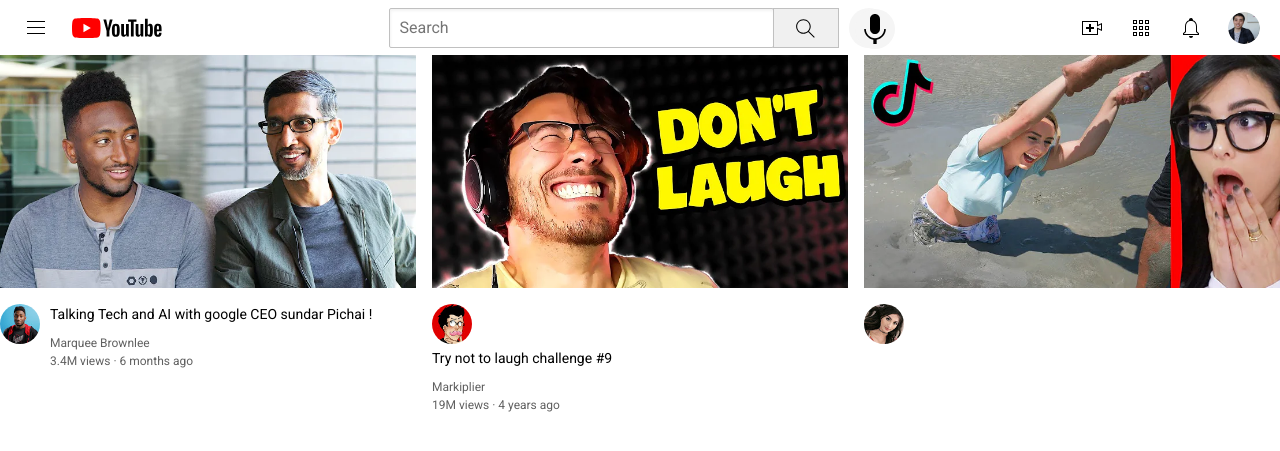
Repository: knowledgeAlan/html-css-thirteen
Page: youtube.html
The author's editor kept a copy of each file at every save. The page is drawn from the files as they stood at one save, then again after the next save.
The browser window is 1280 px wide. The pictures show the whole page.

Above is the page before, as saved 2024-03-19 17:38:04.

### youtube.html
<!DOCTYPE html>
<html>

<head>
    <title>Youtube.com Clone</title>

    <link rel="preconnect" href="https://fonts.googleapis.com">
    <link rel="preconnect" href="https://fonts.gstatic.com" crossorigin>
    <link href="https://fonts.googleapis.com/css2?family=Roboto:wght@400;500;700&display=swap" rel="stylesheet">

    <link rel="stylesheet" href="styles/general.css">
    <link rel="stylesheet" href="styles/header.css">
    <link rel="stylesheet" href="styles/video.css">

    <body>


        <div class="header">


            <div class="left-section">

                <img class="hamburger-menu" src="icons/hamburger-menu.svg">
                <img class="youtube-logo" src="icons/youtube-logo.svg">

            </div>

            <div class="middle-section">
                <input class="search-bar" type="text" placeholder="Search">

                <button class="search-button">
                    <img class="search-icon" src="icons/search.svg">
                </button>

                <button class="voice-search-button">
                       <img class="voice-search-button" src="icons/voice-search-icon.svg" >
                </button>
            </div>

            <div class="right-section">
                <img class="upload-icon" src="icons/upload.svg">
                <img class="youtube-apps-icon" src="icons/youtube-apps.svg">
                <img class="notifications-icon" src="icons/notifications.svg">
                <img class="current-user-picture" src="channel-pictures/my-channel.jpeg">

            </div>

        </div>

        <div class="video-grid">

            <div class="video-preview">

                <div class="thumbnail-row">
                    <img class="thumbnail" src="thumbnails/thumbnail-1.webp">
                </div>

                <div class="video-info-grid">

                    <div class="channel-picture">
                        <img class="profile-picture" src="channel-pictures/channel-1.jpeg">
                    </div>

                    <div class="video-info">
                        <p class="video-title">
                            Talking Tech and AI with google CEO sundar Pichai !

                        </p>

                        <p class="video-author">
                            Marquee Brownlee
                        </p>

                        <p class="video-stats">
                            3.4M views &#183; 6 months ago
                        </p>

                    </div>
                </div>
            </div>


            <div class="video-preview">
                    <div class="thumbnail-row">
                        <img class="thumbnail" src="thumbnails/thumbnail-2.webp">

                    </div>

                    <div class="=video-info-grid">
                        <div class="channel-picture">
                            <img class="profile-picture" src="channel-pictures/channel-2.jpeg">
                        </div>

                        <div class="video-info">
                            <p class="video-title">
                                Try not to laugh challenge #9
                            </p>

                            <p class="video-author">
                                Markiplier
                            </p>

                            <p class="video-stats">
                                19M views &#183; 4 years ago
                            </p>
                        </div>
                    </div>
            </div>



            <div class="video-preview">

                <div class="thumbnail-row">
                    <img class="thumbnail" src="thumbnails/thumbnail-3.webp">
                </div>

                <div class="video-info-grid">
                    <div class="channel-picture">
                        <img class="profile-picture"    src="channel-pictures/channel-3.jpeg">
                    </div>
                </div>
            </div>
        </div>



    </body>
</head>
</html>

### styles/general.css
p{
    font-family: Roboto,Arial;
    margin-top: 0;
    margin-bottom: 0;
}

body{
    margin: 0;
}

### styles/header.css
.header {
    height: 55px;
    display: flex;
    flex-direction: row;
    justify-content: space-between;


}


.left-section {

    display: flex;
    align-items: center;
}

.hamburger-menu {

    height: 24px;
    margin-left: 24px;
    margin-right: 24px;
}


.youtube-logo {
    height: 20px ;
}

.middle-section {
    flex: 1;
    margin-left: 70px;
    margin-right:  35px;
    max-width: 500px;
    display: flex;
    align-items: center;
}

.search-bar{
    flex: 1;
    height: 36px;
    padding-left: 10px;
    font-size: 16px;
    border-width: 1px;
    border-style: solid;
    border-color: rgb(192, 192, 192);
    border-radius: 2px;
    box-shadow: inset 1px 2px 3px rgba(0, 0, 0, 0.05);
    width: 0;

}



.search-bar::placeholder {
    font-family: Roboto,Arial;
    font-size: 16px;
}


.search-button{
    height: 40px;
    width: 66px;
    background-color: rgb(240, 240, 240);
    border-width: 1px;
    border-style: solid;
    border-color: rgb(192, 192, 192);
    margin-left: -1px;
    margin-right: 10px;
}


.search-icon {
    height: 25px;
    margin-top: 4px;
}


.voice-search-button{
    height: 40px;
    width: 40px;
    border-radius: 20px;
    border: none;
    background-color: rgb(245, 245, 245);
}


.video-search-icon {
    height: 24px;
    width: 40px;
    border-radius: 20px;
    border: none;
    background-color: rgb(245, 245, 245);
}

.right-section {
    width: 180px;
    margin-right: 20px;
    display: flex;
    align-items: center;
    justify-content: space-between;
    flex-shrink: 0;

}

.upload-icon {
    height: 24px;
}

.youtube-apps-icon{
    height: 24px;
}


.notifications-icon {
    height: 24px;
}

.current-user-picture {
    height: 32px;
    border-radius: 16px ;
}

### styles/video.css
.thumbnail{
    width: 100%;
}

.video-title {
    margin-top: 0;
    font-size: 14px;
    font-weight: 500px ;
    line-height: 20px;
    margin-bottom: 12px;
}


.video-info-grid {
    display: grid;
    grid-template-columns: 50px 1fr;
}


.profile-picture{
    width: 40px;
    border-radius: 50px;
}


.thumbnail-row {
    margin-bottom: 12px;
}

.video-author,.video-stats {
    font-size: 12px;
    color: rgb(96, 96, 96);
}

.video-author {
    margin-bottom: 4px;
}

.video-grid{
    display: grid;
    grid-template-columns: 1fr 1fr 1fr;
    column-gap: 16px;
    row-gap: 40px;
}

After the next save:
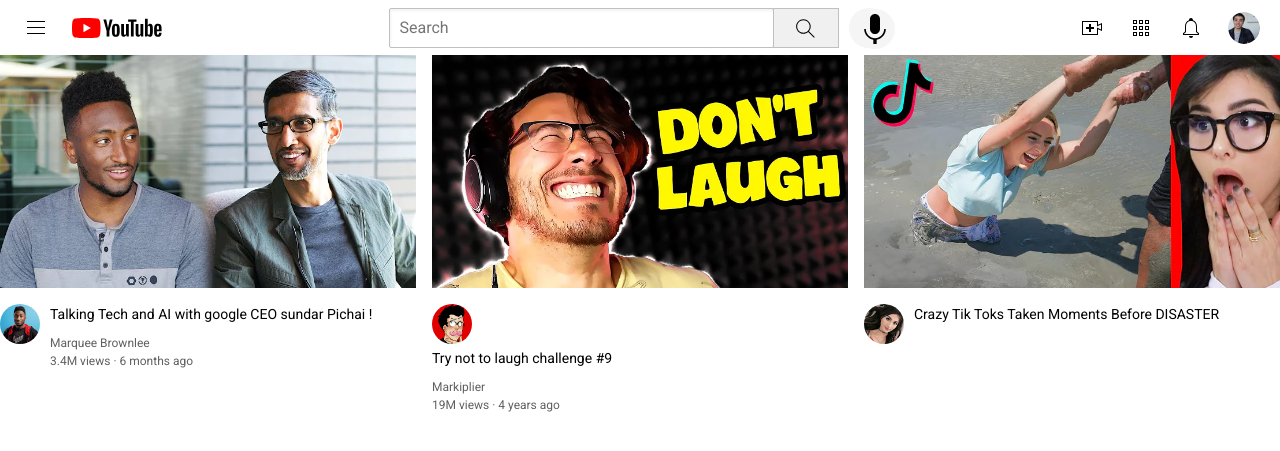
Saved 87 s later.
--- a/youtube.html
+++ b/youtube.html
@@ -119,6 +119,12 @@
                     <div class="channel-picture">
                         <img class="profile-picture"    src="channel-pictures/channel-3.jpeg">
                     </div>
+
+                    <div class="video-info">
+                         <p class="video-title">
+                            Crazy Tik Toks Taken Moments Before DISASTER
+                         </p>
+                    </div>
                 </div>
             </div>
         </div>
